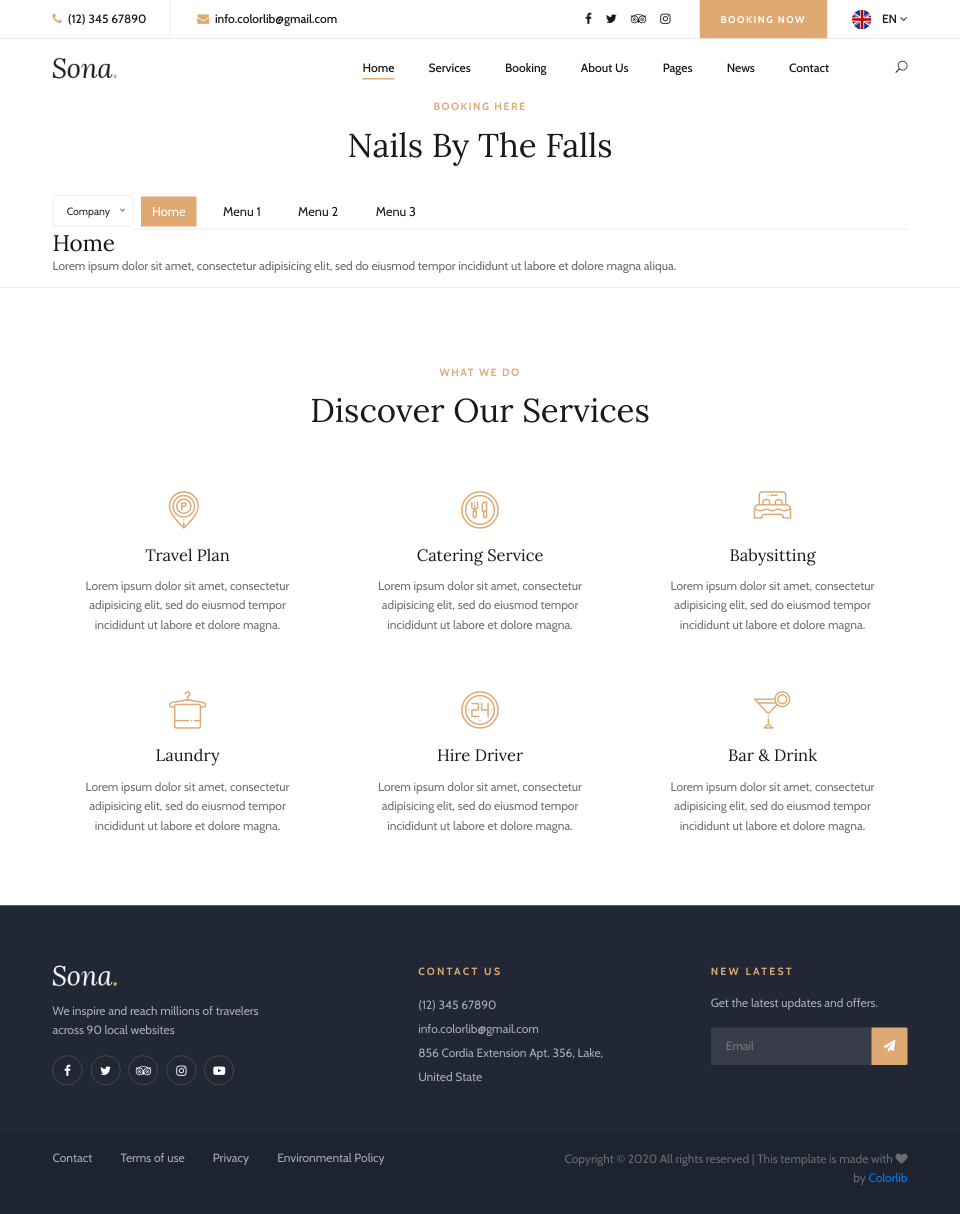
Repository: KeriBoss/Booking_Spa
Page: booking.html
These files come from the project's save history. The page is drawn as it stood at one moment and after the next save; the edit follows.
The browser window is 1280 px wide. The pictures show the whole page, at 75% of full size.

Above is the page before, as saved 2023-05-19 15:58:04.

After the next save:
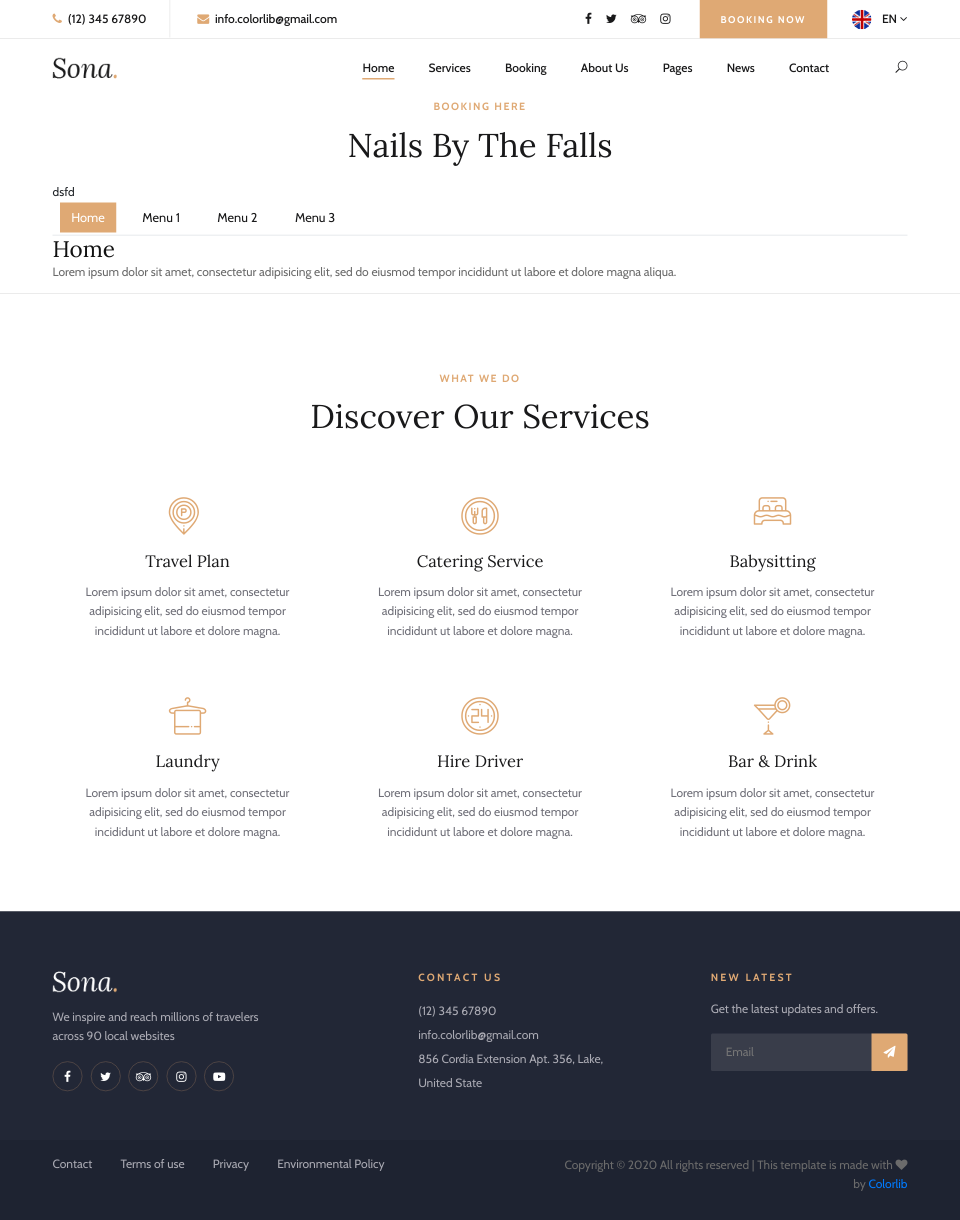
Saved 24 s later.
--- a/booking.html
+++ b/booking.html
@@ -178,13 +178,7 @@
                 </div>
                 <div class="col-lg-12">
                     <div class="w-100">
-                        <div class="form-group">
-                            <select name="" id="">
-                                <option value="">Company</option>
-                                <option value="">Company</option>
-                                <option value="">Company</option>
-                            </select>
-                        </div>
+                        dsfd
                     </div>
                     <div class="card-booking">
                         <ul class="nav nav-tabs">

After the save that followed:
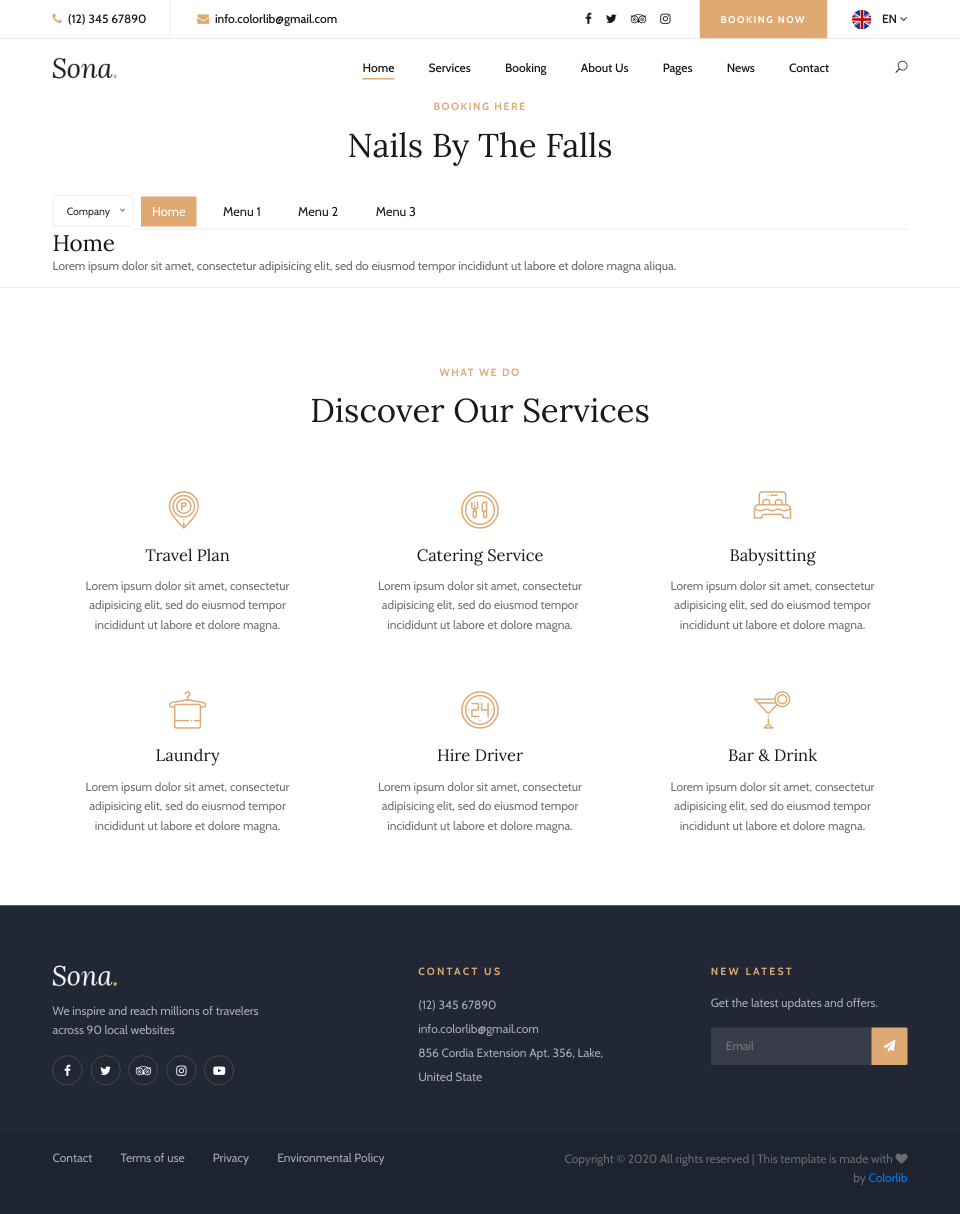
Saved 11 s later.
--- a/booking.html
+++ b/booking.html
@@ -178,7 +178,13 @@
                 </div>
                 <div class="col-lg-12">
                     <div class="w-100">
-                        dsfd
+                        <div class="form-group">
+                            <select name="" id="">
+                                <option value="">Company</option>
+                                <option value="">Company</option>
+                                <option value="">Company</option>
+                            </select>
+                        </div>
                     </div>
                     <div class="card-booking">
                         <ul class="nav nav-tabs">
